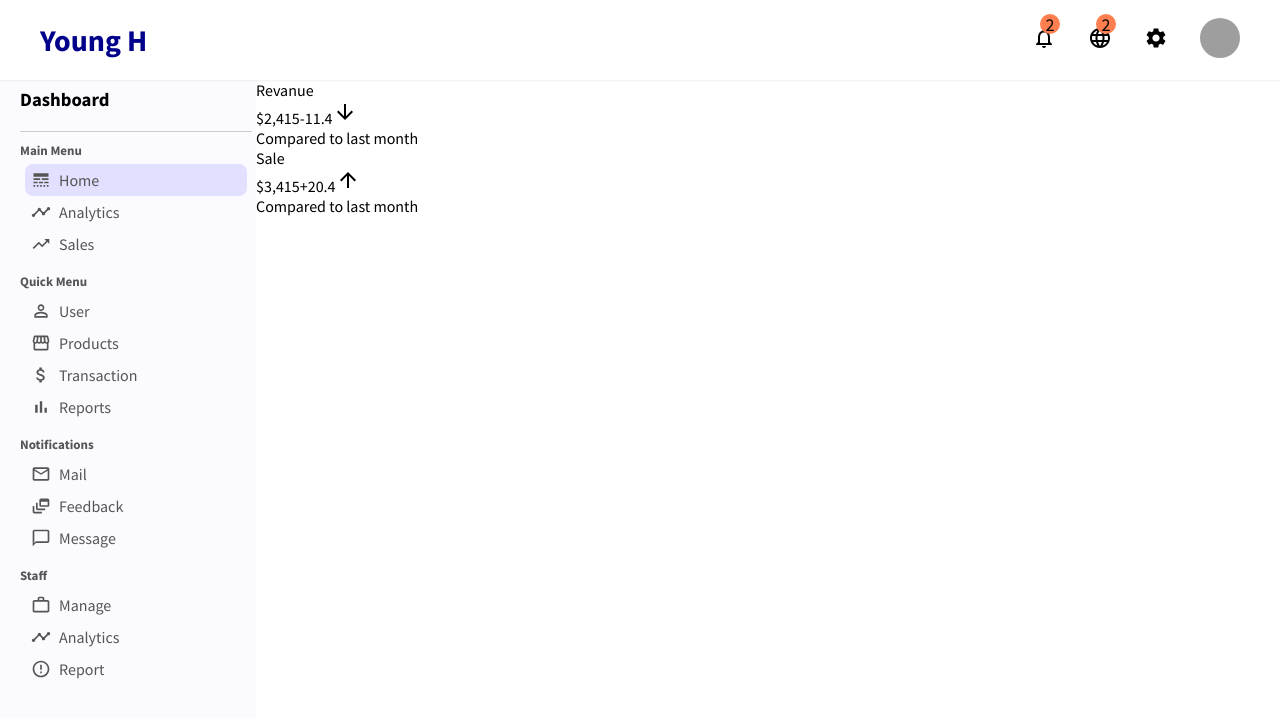
Repository: noname20011/admin
Page: /
The author's editor kept a copy of each file at every save. The page is drawn from the files as they stood at one save, then again after the next save.
The browser window is 1280 px wide. The pictures show the whole page.
Pictures or frames that could not be fetched are drawn as grey boxes. The project was rebuilt for these pictures with package versions that can differ from the ones it lists, and the page was loaded fresh each time.

Above is the page before, as saved 2021-11-13 11:04:55.

### public/index.html
<!DOCTYPE html>
<html lang="en">
  <head>
    <meta charset="utf-8" />
    <link rel="icon" href="%PUBLIC_URL%/favicon.ico" />
    <meta name="viewport" content="width=device-width, initial-scale=1" />
    <meta name="theme-color" content="#000000" />
    <meta
      name="description"
      content="Web site created using create-react-app"
    />
    <!-- GOOGLE FONTS -->
    <link href="https://fonts.googleapis.com/css2?family=Source+Sans+Pro:wght@200;300;400;600;700;900&display=swap" rel="stylesheet">
    <style>
      * {
        font-family: 'Source Sans Pro', sans-serif;
        padding: 0;
        margin: 0;
      }
    </style>
    <title>React Admin App</title>
  </head>
  <body>
    <div id="root"></div>
  </body>
</html>

### src/App.js
import Topbar from "./comopnents/topbar/Topbar";
import Sidebar from "./comopnents/sidebar/Sidebar";
import Home from "./pages/home/Home.jsx"
import './app.css'
function App() {
  return (
    <div>
      <Topbar/>
      <div className="container">
        <Sidebar/>
        <Home/>
      </div>
    </div>
  );
}

export default App;

### src/comopnents/topbar/Topbar.jsx
import React from 'react'
import './topbar.css'

import { Language, NotificationsNone, Settings  } from '@material-ui/icons'

export default function Topbar() {
    return (
        <div className="topbar">
            <div className="topbarWrapper">
                <div className="topLeft">
                    <div className="logo">Young H</div>
                </div>
                <div className="topRight">
                    <div className="topbarIconContainer">
                        <NotificationsNone/>
                        <div className="topIconsBadge">2</div>
                    </div>
                    <div className="topbarIconContainer">
                        <Language/>
                        <div className="topIconsBadge">2</div>
                    </div>
                    <div className="topbarIconContainer">
                        <Settings/>
                    </div>
                    <div>
                        <img src="https://images.pexels.com/photos/1526814/pexels-photo-1526814.jpeg?auto=compress&cs=tinysrgb&dpr=2&w=500" alt="admin" className="topAvatar"/>
                    </div>
                </div>
            </div>
        </div>
    )
}

### src/comopnents/sidebar/Sidebar.jsx
import { AttachMoney, BarChart, ChatBubbleOutline, DynamicFeed, ErrorOutline, LineStyle, MailOutlined, PersonOutline, Storefront, Timeline, TrendingUp,  WorkOutlineOutlined } from '@material-ui/icons'
import React from 'react'
import "./sidebar.css"
export default function Sidebar() {
    return (
        <div className="sidebar">
            <div className="sidebarWrapper">
                <h3 className="sidebarTitle">Dashboard</h3>
                <div className="sidebarMenu">
                    <h4 className="sidebarMenuTitle">Main Menu</h4>
                    <ul className="sidebarLists">
                        <li className="sidebarListItem active">
                            <LineStyle className="sidebarIcon"/>
                            Home
                        </li>
                        <li className="sidebarListItem">
                            <Timeline className="sidebarIcon"/>
                            Analytics
                        </li>
                        <li className="sidebarListItem">
                            <TrendingUp className="sidebarIcon"/>
                            Sales
                        </li>
                    </ul>
                </div>
                <div className="sidebarMenu">
                    <h4 className="sidebarMenuTitle">Quick Menu</h4>
                    <ul className="sidebarLists">
                        <li className="sidebarListItem">
                            <PersonOutline className="sidebarIcon"/>
                            User
                        </li>
                        <li className="sidebarListItem">
                            <Storefront className="sidebarIcon"/>
                            Products
                        </li>
                        <li className="sidebarListItem">
                            <AttachMoney className="sidebarIcon"/>
                            Transaction
                        </li>
                        <li className="sidebarListItem">
                            <BarChart className="sidebarIcon"/>
                            Reports
                        </li>
                    </ul>
                </div>
                <div className="sidebarMenu">
                    <h4 className="sidebarMenuTitle">Notifications</h4>
                    <ul className="sidebarLists">
                        <li className="sidebarListItem">
                            <MailOutlined className="sidebarIcon"/>
                            Mail
                        </li>
                        <li className="sidebarListItem">
                            <DynamicFeed className="sidebarIcon"/>
                            Feedback
                        </li>
                        <li className="sidebarListItem">
                            <ChatBubbleOutline className="sidebarIcon"/>
                            Message
                        </li>
                    </ul>
                </div>
                <div className="sidebarMenu">
                    <h4 className="sidebarMenuTitle">Staff</h4>
                    <ul className="sidebarLists">
                        <li className="sidebarListItem">
                            <WorkOutlineOutlined className="sidebarIcon"/>
                            Manage
                        </li>
                        <li className="sidebarListItem">
                            <Timeline className="sidebarIcon"/>
                            Analytics
                        </li>
                        <li className="sidebarListItem">
                            <ErrorOutline className="sidebarIcon"/>
                            Report
                        </li>
                    </ul>
                </div>
            </div>
        </div>
    )
}

### src/pages/home/Home.jsx
import "./home.css"
import Feature from "../../comopnents/featureInfo/Feature"

export default function Home() {
    return (
        <div className="home">
            <Feature/>
        </div>
    )
}

### src/app.css
ul, li {
    list-style: none;
}

a {
    text-decoration: none;
}

.container {
    display: flex;
}

.other {
    flex: 4;
}

### src/comopnents/topbar/topbar.css
.topbar {
    width: 100%;
    height: 80px;
    background: #fff;
    box-shadow: 0 .5px 2px rgba(0, 0, 0, 0.07);

    position: sticky;
    top: 0;
    z-index: 1000;
}

.topbarWrapper {
    height: 100%;
    padding: 0 40px;
    display: flex;
    justify-content: space-between;
    align-items: center;
}

.logo {
    font-weight: bold;
    font-size: 30px;
    color: darkblue;
    cursor: pointer;
}

.topRight {
    display: flex;
    align-items: center;
    column-gap: 2rem;
}
.topbarIconContainer {
    position: relative;
    cursor: pointer;
}

.topIconsBadge {
    font-size: 18px;
    position: absolute;
    top: -12px;
    right: -4px;

    width: 20px;
    height: 20px;
    background-color: coral;
    border-radius: 50%;

    display: flex;
    place-content: center;
    place-items: center;
}

.topAvatar {
    width: 40px;
    height: 40px;
    object-fit: cover;
    border-radius: 50%;
    cursor: pointer;
}

### src/comopnents/sidebar/sidebar.css
.sidebar {
    flex: 1;
    background-color: rgb(251, 251, 255);
    position: sticky;
    top: 80px;
    height: calc(100vh - 80px);
}

.sidebarWrapper {
    padding: 8px 4px 0 20px;
}

.sidebarTitle {
    padding-bottom: 20px;
    margin-bottom: 10px;
    border-bottom: 1px solid #ccc;
}

.sidebarMenu {
    margin-bottom: 8px;
}

.sidebarMenuTitle {
    color: #555;
    font-size: 13px;
}

.sidebarLists {
    padding: 5px;
}

.sidebarListItem {
    display: flex;
    align-items: center;
    column-gap: .5rem;

    padding: 6px;
    color: #555;
    cursor: pointer;
    border-radius: .5rem;
}

.sidebarListItem.active,
.sidebarListItem:hover {
    background-color: rgb(225, 225, 255);
}

.sidebarIcon {
    font-size: 20px!important;
}

### src/pages/home/home.css
.home {
    flex: 4;
}

### src/comopnents/featureInfo/Feature.jsx
import { ArrowDownward, ArrowUpward } from '@material-ui/icons'
import React from 'react'

export default function Feature() {
    return (
        <div className="featured">
            <div className="featuredItem">
                <span className="featuredTitle">Revanue</span>
                <div className="featuredMoneyContainer">
                    <span className="featuredMoney">$2,415</span>
                    <span className="featuredMoneyRate">-11.4
                        <ArrowDownward/>
                    </span>
                </div>
                <span className="featuredSub">Compared to last month
                </span>
            </div>

            <div className="featuredItem">
                <span className="featuredTitle">Sale</span>
                <div className="featuredMoneyContainer">
                    <span className="featuredMoney">$3,415</span>
                    <span className="featuredMoneyRate">+20.4
                        <ArrowUpward/>
                    </span>
                </div>
                <span className="featuredSub">Compared to last month
                </span>
            </div>
        </div>
    )
}

Loaded but not shown: src/index.js (common file)

After the next save:
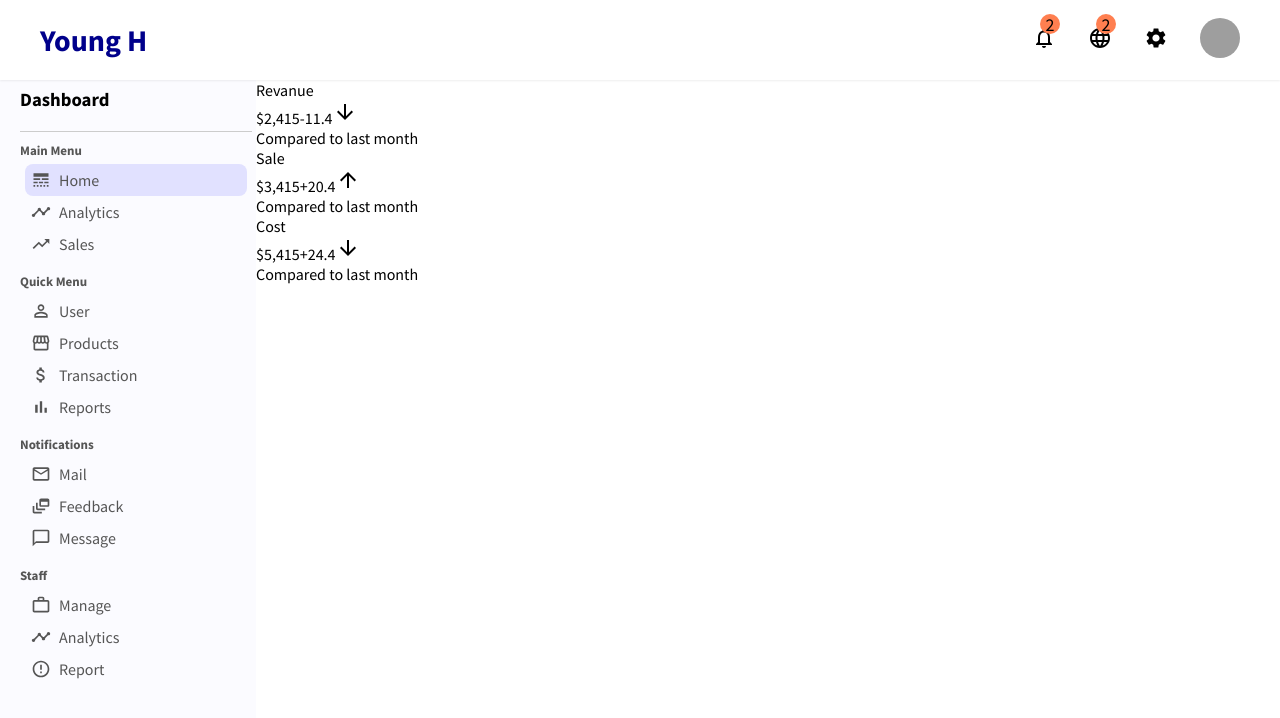
Saved 24 s later.
--- a/src/comopnents/featureInfo/Feature.jsx
+++ b/src/comopnents/featureInfo/Feature.jsx
@@ -27,6 +27,17 @@ export default function Feature() {
                 <span className="featuredSub">Compared to last month
                 </span>
             </div>
+
+            <div className="featuredItem">
+                <span className="featuredTitle">Cost</span>
+                <div className="featuredMoneyContainer">
+                    <span className="featuredMoney">$5,415</span>
+                    <span className="featuredMoneyRate">+24.4
+                        <ArrowDownward/>
+                    </span>
+                </div>
+                <span className="featuredSub">Compared to last month</span>
+            </div>
         </div>
     )
 }
